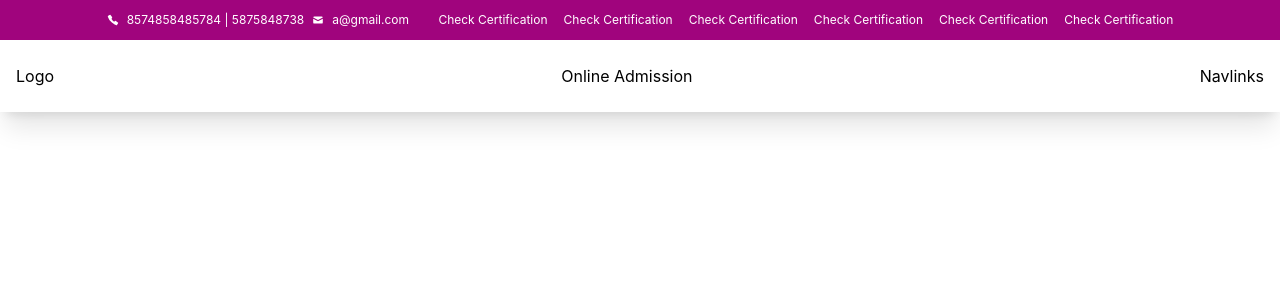
Repository: Sushant203/react-training-
Page: /
The author's editor kept a copy of each file at every save. The page is drawn from the files as they stood at one save, then again after the next save.
The browser window is 1280 px wide. The pictures show the whole page.
The project was rebuilt for these pictures with package versions that can differ from the ones it lists, and the page was loaded fresh each time. Also part of the build but not shown: src/App.css, src/components/LowerNav.jsx, src/components/UpperNav.jsx.

Above is the page before, as saved 2022-12-19 09:42:20.

After the next save:
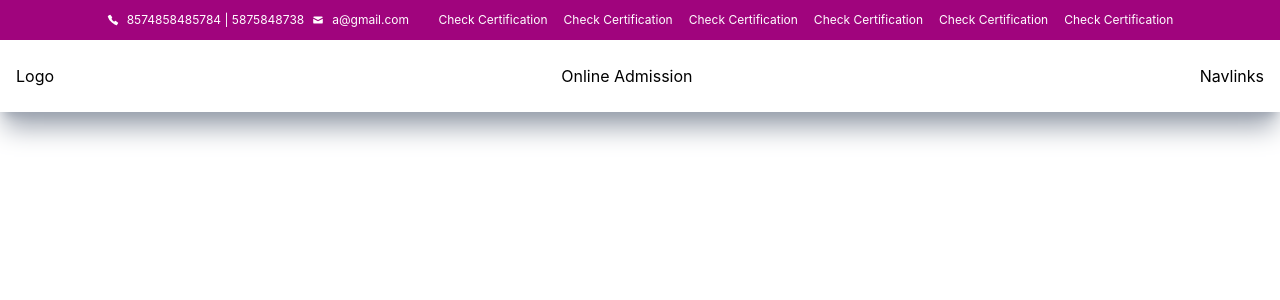
Saved 4 s later.
--- a/src/components/Naviagtion/Toolbar/index.jsx
+++ b/src/components/Naviagtion/Toolbar/index.jsx
@@ -4,7 +4,7 @@ import Secondary from "./Secondary";
 
 function Index() {
   return (
-    <div className="h-fit bg-mainColor w-screen shadow-xl sha-gray-400 ">
+    <div className="h-fit bg-mainColor w-screen shadow-xl shadow-gray-400 ">
       <Header />
       <Secondary />
     </div>
